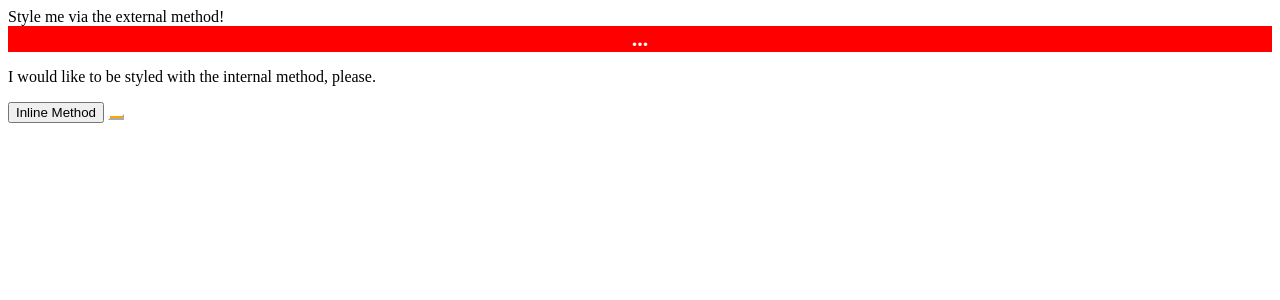
Repository: mnhardy1504/odin-recipes1
Page: repos/css-exercises/foundations/01-css-methods/index.html
These files come from the project's save history. The page is drawn as it stood at one moment and after the next save; the edit follows.
The browser window is 1280 px wide. The pictures show the whole page.

Above is the page before, as saved 2023-08-22 18:22:20.

### repos/css-exercises/foundations/01-css-methods/index.html
<!DOCTYPE html>
<html lang="en">
  <head>
    <meta charset="UTF-8">
    <meta http-equiv="X-UA-Compatible" content="IE=edge">
    <meta name="viewport" content="width=device-width, initial-scale=1.0">
    <title>Methods for Adding CSS</title>
  </head>
  <body>
    <div>Style me via the external method!</div>
    <div style= "color: white; background-color: red; font-weight: bold; text-align: center; font-size: 22px;">...</div>
    <p>I would like to be styled with the internal method, please.</p>
    <p style= " color: white; background-color: green;"></p>
    <button>Inline Method</button>
    <button style= "color: black; background-color: orange; border-color: white;"></button>
  </body>
</html>

After the next save:
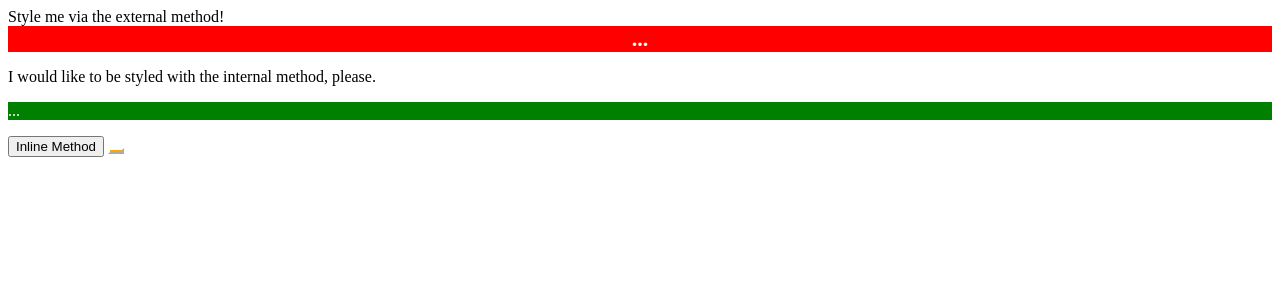
Saved 25 s later.
--- a/repos/css-exercises/foundations/01-css-methods/index.html
+++ b/repos/css-exercises/foundations/01-css-methods/index.html
@@ -10,7 +10,7 @@
     <div>Style me via the external method!</div>
     <div style= "color: white; background-color: red; font-weight: bold; text-align: center; font-size: 22px;">...</div>
     <p>I would like to be styled with the internal method, please.</p>
-    <p style= " color: white; background-color: green;"></p>
+    <p style= " color: white; background-color: green;">...</p>
     <button>Inline Method</button>
     <button style= "color: black; background-color: orange; border-color: white;"></button>
   </body>
